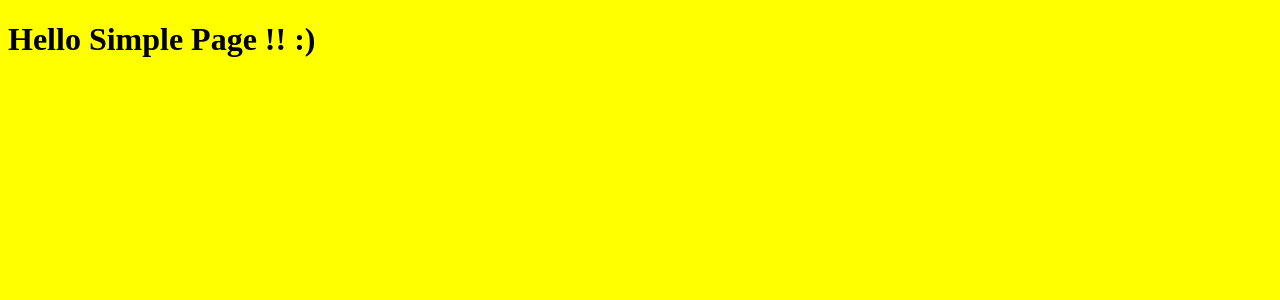
Repository: uditjain100/JavaScript-for-Web
Page: 10.Promises/simple.html
These files come from the project's save history. The page is drawn as it stood at one moment and after the next save; the edit follows.
The browser window is 1280 px wide. The pictures show the whole page.

Above is the page before, as saved 2021-01-23 16:18:44.

### 10.Promises/simple.html
<!DOCTYPE html>
<html lang="en">
  <head>
    <meta charset="UTF-8" />
    <meta name="viewport" content="width=device-width, initial-scale=1.0" />
    <title>Simple</title>
  </head>
  <body style="transition: 1s background-color">
    <h1>Hello Simple Page !! :)</h1>
    <script src="app.js"></script>
  </body>
</html>

### 10.Promises/app.js
// First Approach
setTimeout(() => {
  document.body.style.backgroundColor = "red";
}, 1000);
setTimeout(() => {
  document.body.style.backgroundColor = "green";
}, 2000);
setTimeout(() => {
  document.body.style.backgroundColor = "blue";
}, 3000);
setTimeout(() => {
  document.body.style.backgroundColor = "yellow";
}, 4000);

// Second Approach

function secondApproach() {
  setTimeout(() => {
    document.body.style.backgroundColor = "red";
    setTimeout(() => {
      document.body.style.backgroundColor = "yellow";
      setTimeout(() => {
        document.body.style.backgroundColor = "green";
      }, 1000);
    }, 1000);
  }, 1000);
}

After the next save:
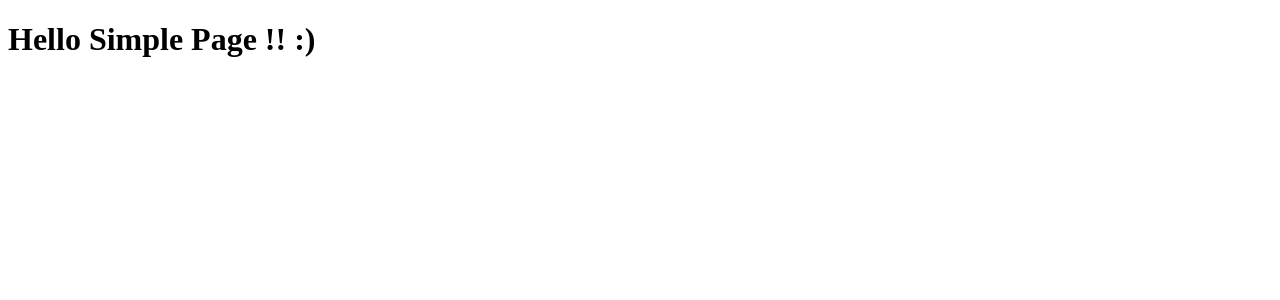
Saved 31 s later.
--- a/10.Promises/app.js
+++ b/10.Promises/app.js
@@ -1,16 +1,19 @@
 // First Approach
-setTimeout(() => {
-  document.body.style.backgroundColor = "red";
-}, 1000);
-setTimeout(() => {
-  document.body.style.backgroundColor = "green";
-}, 2000);
-setTimeout(() => {
-  document.body.style.backgroundColor = "blue";
-}, 3000);
-setTimeout(() => {
-  document.body.style.backgroundColor = "yellow";
-}, 4000);
+
+function secondApproach() {
+  setTimeout(() => {
+    document.body.style.backgroundColor = "red";
+  }, 1000);
+  setTimeout(() => {
+    document.body.style.backgroundColor = "green";
+  }, 2000);
+  setTimeout(() => {
+    document.body.style.backgroundColor = "blue";
+  }, 3000);
+  setTimeout(() => {
+    document.body.style.backgroundColor = "yellow";
+  }, 4000);
+}
 
 // Second Approach
 

After the 2 saves that followed:
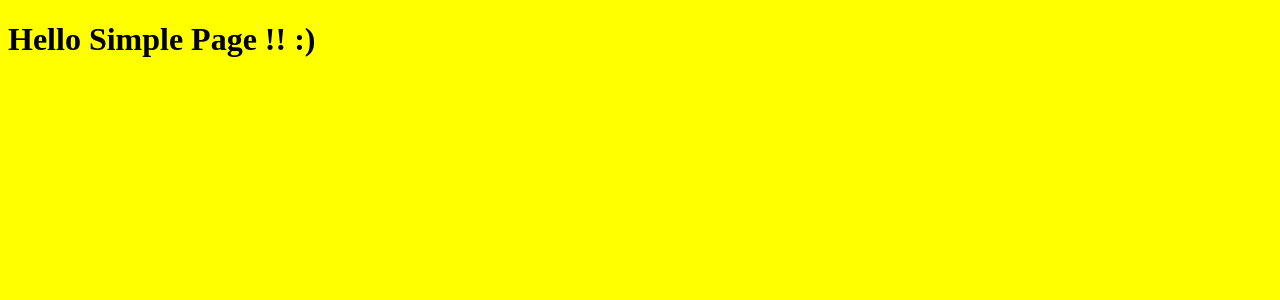
The 2 saves are shown as one change because 1 left the picture as it was.
The last was saved 44 s later.
--- a/10.Promises/app.js
+++ b/10.Promises/app.js
@@ -1,6 +1,8 @@
 // First Approach
 
-function secondApproach() {
+firstApproach();
+
+function firstApproach() {
   setTimeout(() => {
     document.body.style.backgroundColor = "red";
   }, 1000);
